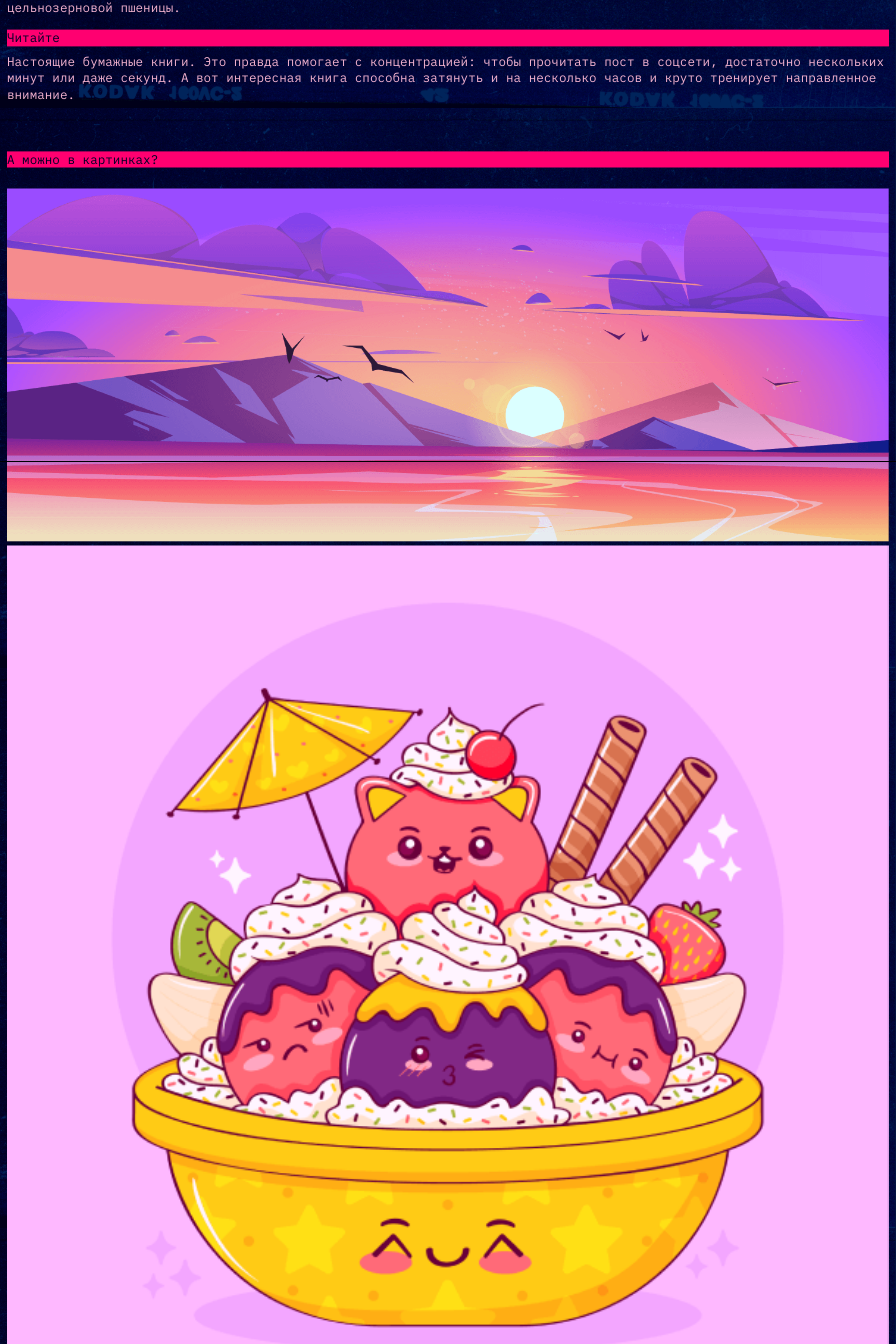
Repository: NikWolf75/slozhno-sosredotochitsya-fd
Page: index.html
The author's editor kept a copy of each file at every save. The page is drawn from the files as they stood at one save, then again after the next save.
The browser window is 1280 px wide. The pictures show the part of the page from y = 2245 to 4165 px (the page is 7966 px tall before and 7946 px after), at 70% of full size.
Backgrounds fixed to the window are drawn as part of the page.

Above is the page before, as saved 2025-02-27 11:36:53.

After the next save:
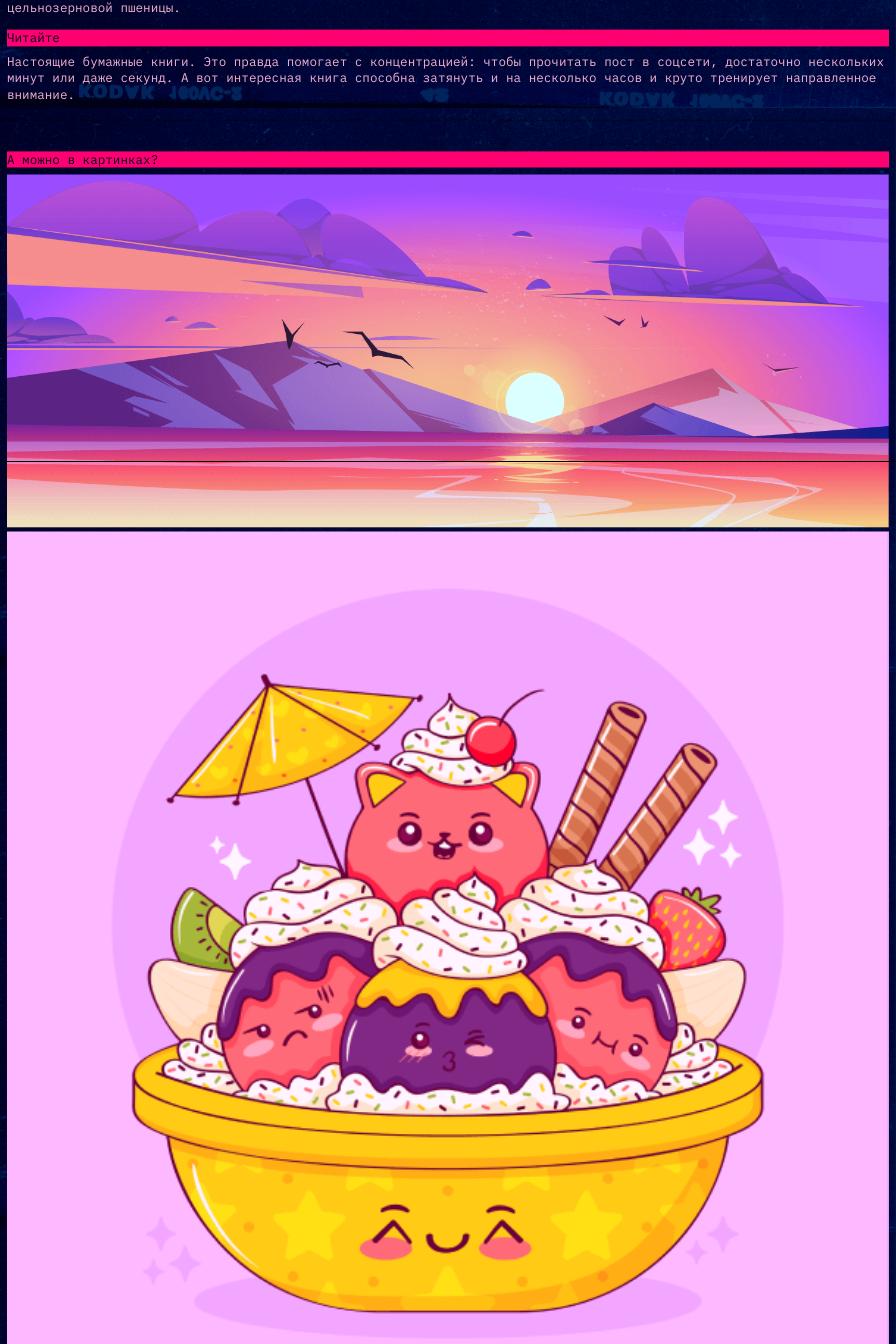
Saved 4 s later.
--- a/styles/style.css
+++ b/styles/style.css
@@ -186,7 +186,9 @@
   font-weight: 400;
 }
 
-.content__gallery
+.content__gallery {
+  gap: 0;
+}
 
 .content__section-images_gallery {
   display: grid;
